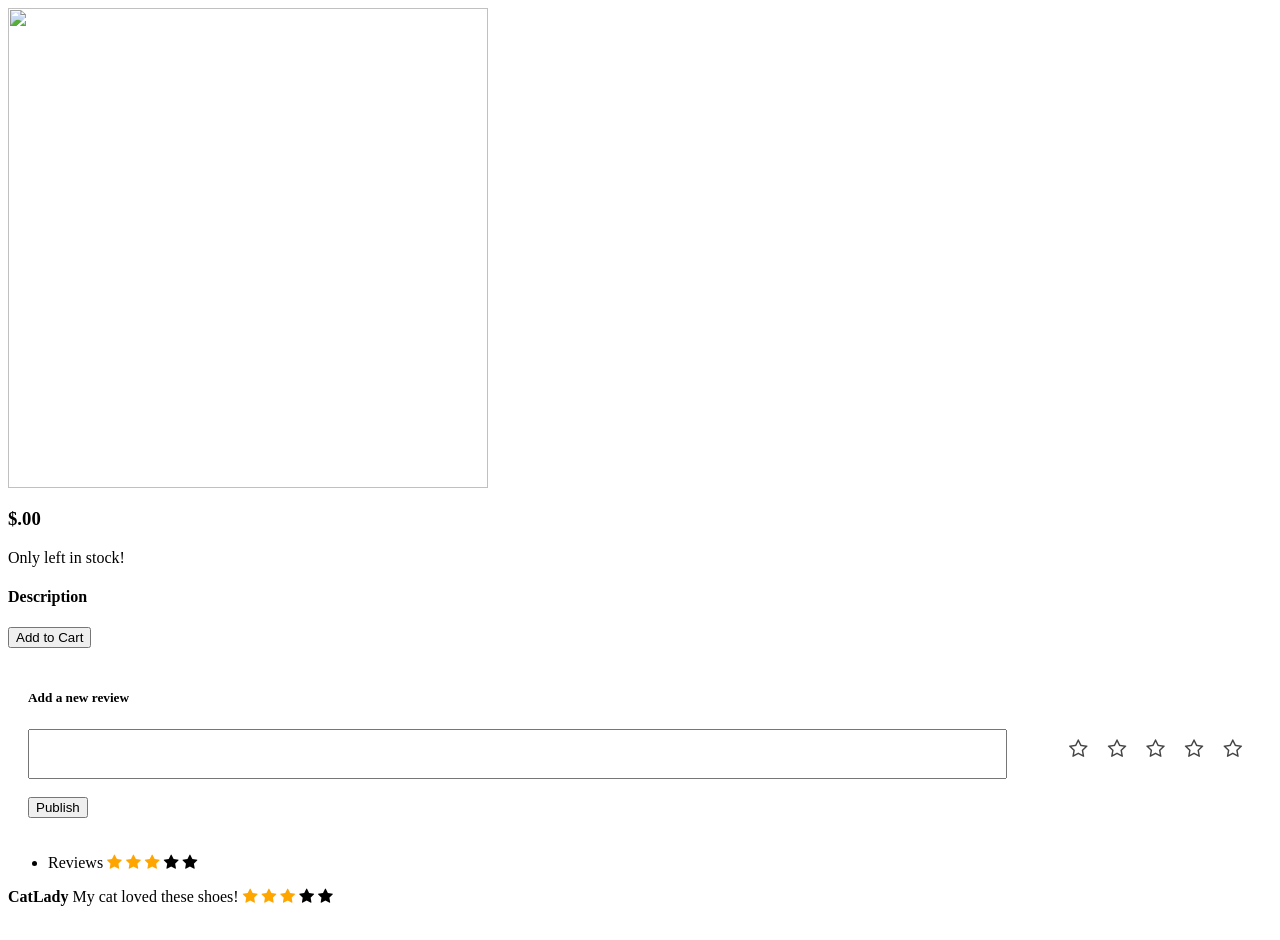
Repository: qfernandez/rangers-project
Page: views/partials/playerInfo.ejs
The author's editor kept a record of every edit. The page is drawn from the files as they stood at one moment, then again after the next edit.
The browser window is 1280 px wide. The pictures show the whole page.
Some web libraries are served in a nearby version. The page is served by the project's Node server (app.js). The template is opened directly, without the code that normally fills it, so the values that code supplies are empty.

Above is the page before.

After the next edit:
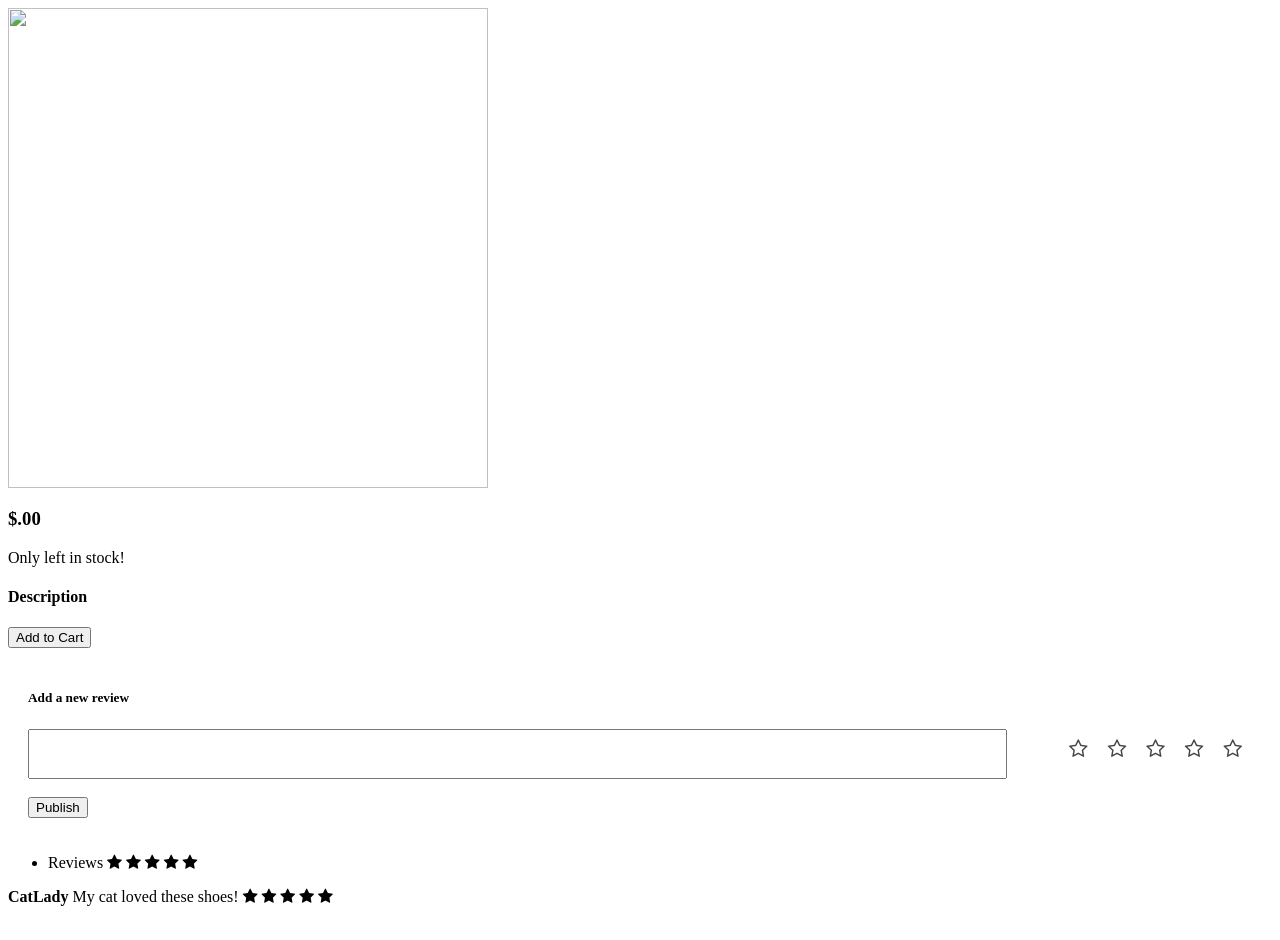
The edit:
--- a/views/partials/playerInfo.ejs
+++ b/views/partials/playerInfo.ejs
@@ -1,52 +1,7 @@
 <head>
         <link rel="stylesheet" href="https://cdnjs.cloudflare.com/ajax/libs/font-awesome/4.7.0/css/font-awesome.min.css">
           <script src="https://ajax.googleapis.com/ajax/libs/jquery/3.4.1/jquery.min.js"></script>
-          <script>
-        function insertToCart(name, price){
-                $.ajax({
-                      method: "POST",
-                         url: "/addToCart",
-                    dataType: "JSON",
-                        data: { "prodName":name,
-                                "prodPrice":price},
-                     success: function(result,status) {
-                        alert(name + " has been added to your cart!");
-                    }
-
-                });//ajax
-
-        } //document.ready
-
-        function insertReview(prodname, rating, username, review){
-                $.ajax({
-                      method: "POST",
-                         url: "/addReview",
-                    dataType: "JSON",
-                        data: { "prodName":name,
-                                "review":review
-
-                        },
-                     success: function(result,status) {
-                        alert("Your review has been added");
-
-                    }
-                    //res.redirect('/productView?name=' + product.name + product.name);
-                });//ajax
-
-        } //document.ready
-
-        function countStars() {
-          var count = 0;
-          for(var i = 0; i <= 5; i++) {
-            if(document.getElementById("star-" + i).checked) {
-              count++;
-            }
-          }
-          return count;
-
-        }
-
-        </script>
+        <style>
           <link rel="stylesheet" href="//netdna.bootstrapcdn.com/font-awesome/4.2.0/css/font-awesome.min.css">
         <style>
                 .checked {
